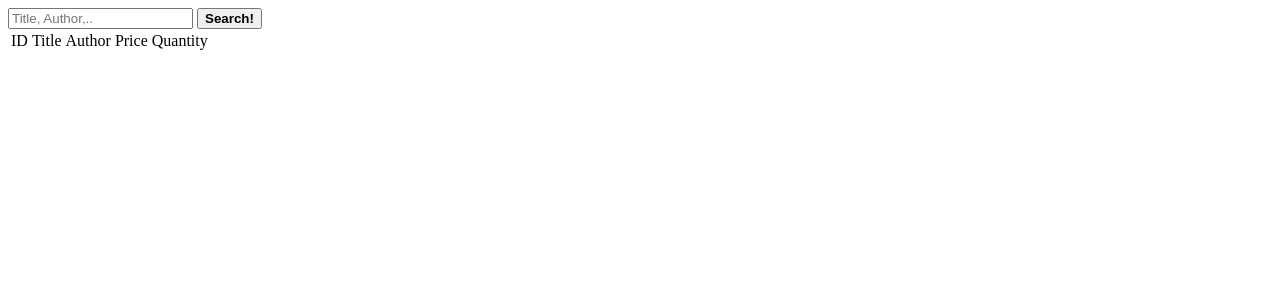
Repository: trangtruc/Java_NangCao
Page: Buoi3_LoginForm_EShop/Book/WebContent/search_clear.html
An editor plug-in stored every save of this project. The page is shown before and after the next save, followed by the edit.
The browser window is 1280 px wide. The pictures show the whole page.

Above is the page before, as saved 2017-03-08 09:25:24.

After the next save:
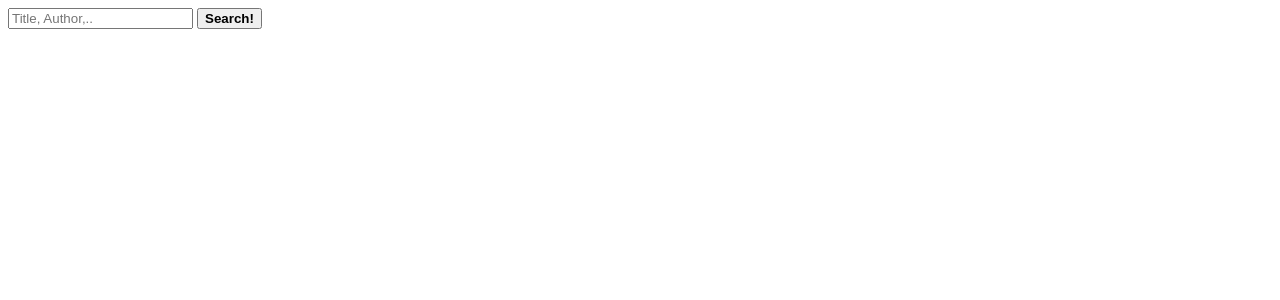
Saved 12 s later.
--- a/Buoi3_LoginForm_EShop/Book/WebContent/search_clear.html
+++ b/Buoi3_LoginForm_EShop/Book/WebContent/search_clear.html
@@ -9,18 +9,5 @@
 		<input type="text" name="search" placeholder="Title, Author,.." />
 		<button type="submit"><b>Search!</b></button>
 	</form>
-	<table>
-		<tr>
-			<td>ID</td>
-			<td>Title</td>
-			<td>Author</td>
-			<td>Price</td>
-			<td>Quantity</td>
-		</tr>
-		<tr>
-
-		</tr>
-
-	</table>
 </body>
 </html>
